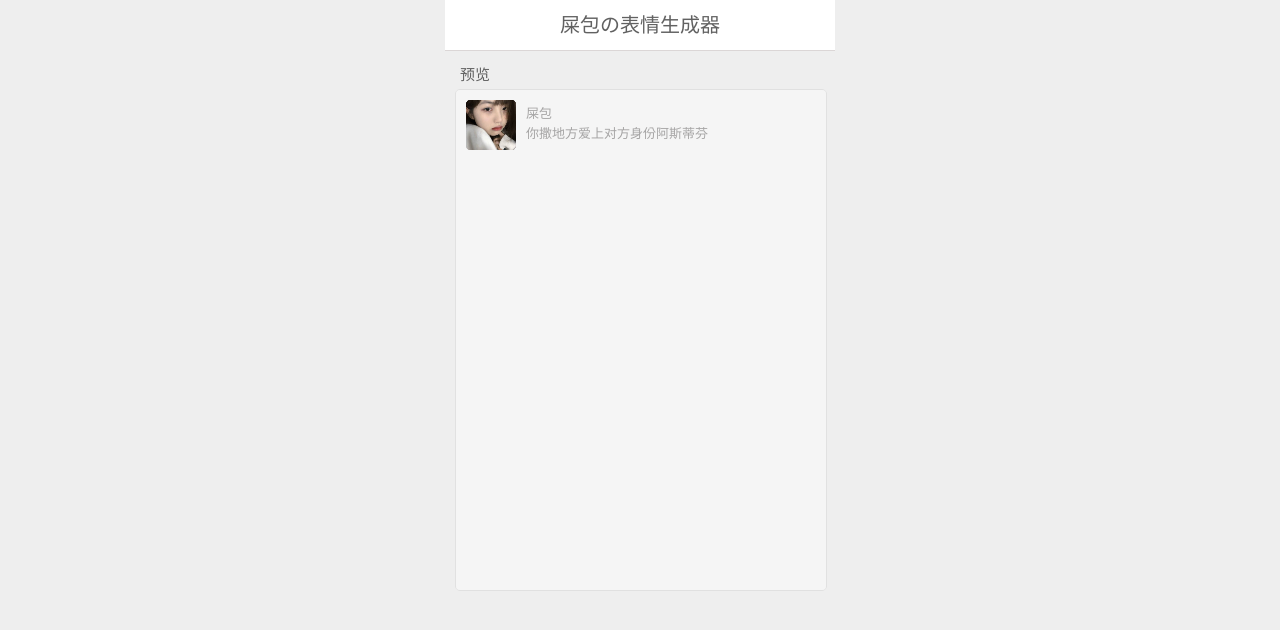
Repository: long-zuyang/shibao
Page: /
An editor plug-in stored every save of this project. The page is shown before and after a run of saves, followed by the edit.
The browser window is 1280 px wide. The pictures show the whole page.
The project was rebuilt for these pictures with package versions that can differ from the ones it lists, and the page was loaded fresh each time. Also part of the build but not shown: vite.config.ts.

Above is the page before, as saved 2023-06-30 04:52:20.

After the next 3 saves:
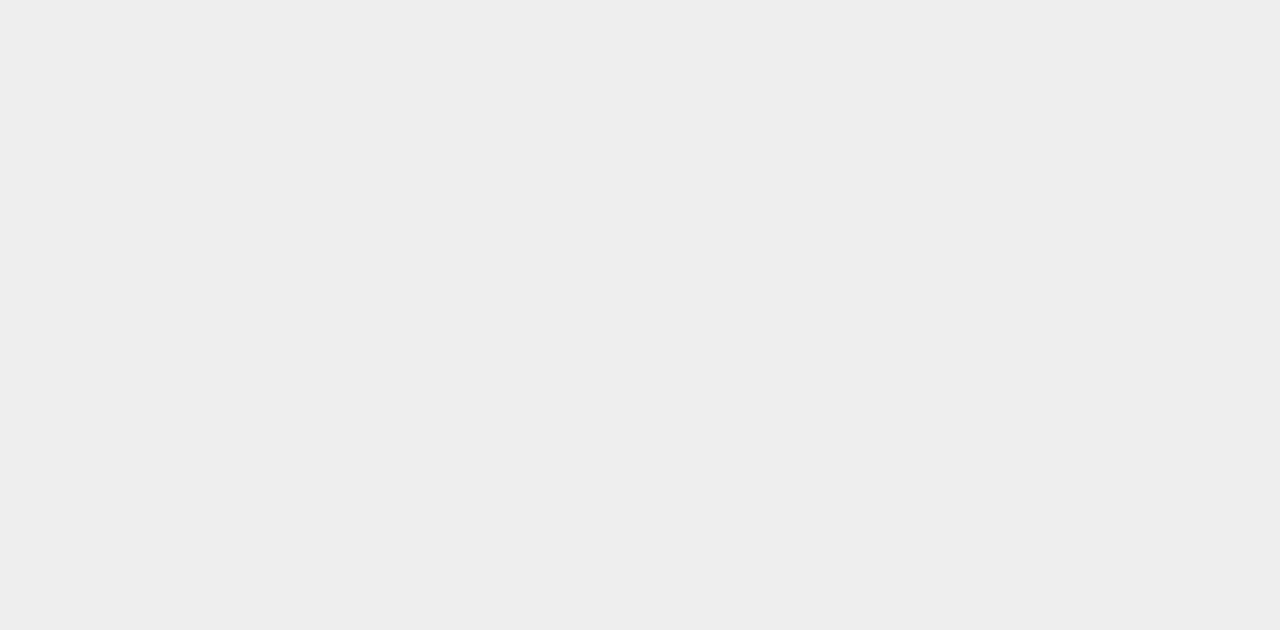
Console error (its wording comes from the project's code and is left out).
The 3 saves are shown as one change because they came seconds apart.
The last was saved 55 s later.
--- a/src/components/CanvasDraw.tsx
+++ b/src/components/CanvasDraw.tsx
@@ -141,7 +141,11 @@
    * @param imgPath 头像地址
    */
   const drawMeme = useCallback(
-    (context: CanvasRenderingContext2D, imgPath: string) => {
+    (
+      canvas: HTMLCanvasElement,
+      context: CanvasRenderingContext2D,
+      imgPath: string
+    ) => {
       if (!context) {
         return;
       }

After the 2 saves that followed:
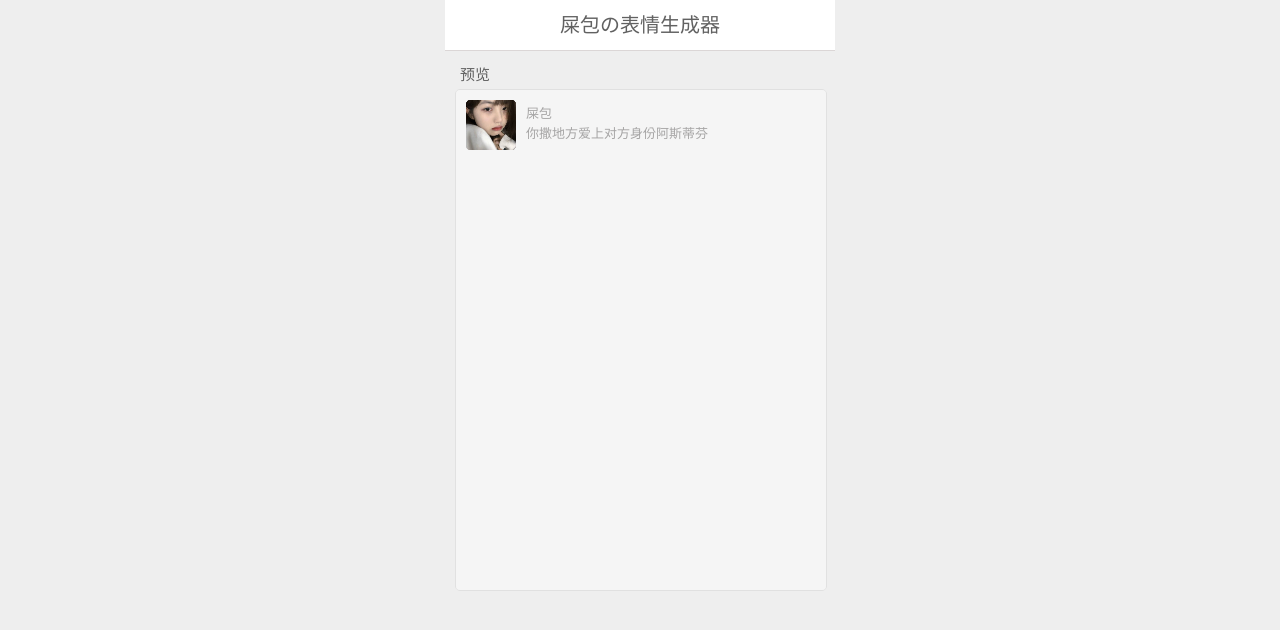
The error is gone.
The 2 saves are shown as one change because 1 left the picture as it was.
The last was saved 21 s later.
--- a/src/components/CanvasDraw.tsx
+++ b/src/components/CanvasDraw.tsx
@@ -137,6 +137,7 @@
 
   /**
    * 渲染表情包
+   * @param canvas Canvas DOM对象
    * @param context Canvas Context上下文
    * @param imgPath 头像地址
    */
@@ -188,7 +189,7 @@
     // console.log(nickNameWidth, nickNameHeight);
 
     // 渲染表情图
-    drawMeme(ctx, JieGe);
+    drawMeme(canvas, ctx, JieGe);
   }, [nickNameWidth, nickNameHeight, drawMeme]);
 
   return <canvas ref={canvasRef} />;
